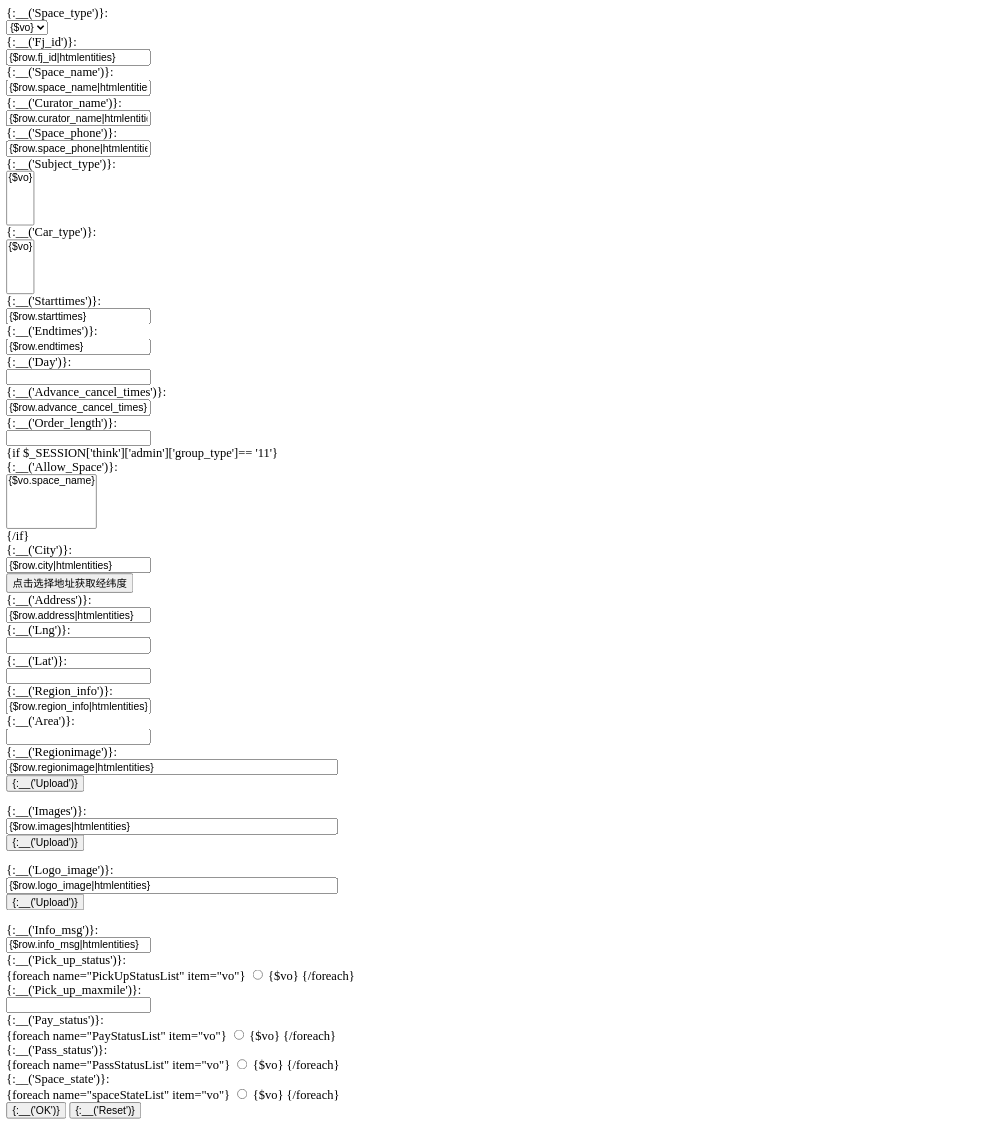
Repository: Akarin-Akari/xiaomaguantest
Page: application/admin/view/spaceconfig/space/edit.html
These files come from the project's save history. The page is drawn as it stood at one moment and after the next save; the edit follows.
The browser window is 1280 px wide. The pictures show the whole page, at 78% of full size.

Above is the page before, as saved 2024-01-25 17:07:33.

### application/admin/view/spaceconfig/space/edit.html
<form id="edit-form" class="form-horizontal" role="form" data-toggle="validator" method="POST" action="">

    <div class="form-group">
        <label class="control-label col-xs-12 col-sm-2">{:__('Space_type')}:</label>
        <div class="col-xs-12 col-sm-8">

            <select  id="c-space_type" class="form-control selectpicker" name="row[space_type]" data-rule="required">
                {foreach name="spaceTypeList" item="vo"}
                    <option value="{$key}" {in name="key" value="$row.space_type"}selected{/in}>{$vo}</option>
                {/foreach}
            </select>

        </div>
    </div>
    <div class="form-group">
        <label class="control-label col-xs-12 col-sm-2">{:__('Fj_id')}:</label>
        <div class="col-xs-12 col-sm-8">
            <input id="c-fj_id" class="form-control" name="row[fj_id]" type="text" value="{$row.fj_id|htmlentities}">
        </div>
    </div>
    <div class="form-group">
        <label class="control-label col-xs-12 col-sm-2">{:__('Space_name')}:</label>
        <div class="col-xs-12 col-sm-8">
            <input id="c-space_name" class="form-control" name="row[space_name]" type="text" value="{$row.space_name|htmlentities}">
        </div>
    </div>
    <div class="form-group">
        <label class="control-label col-xs-12 col-sm-2">{:__('Curator_name')}:</label>
        <div class="col-xs-12 col-sm-8">
            <input id="c-curator_name" class="form-control" name="row[curator_name]" type="text" value="{$row.curator_name|htmlentities}">
        </div>
    </div>

    <div class="form-group">
        <label class="control-label col-xs-12 col-sm-2">{:__('Space_phone')}:</label>
        <div class="col-xs-12 col-sm-8">
            <input id="c-space_phone" class="form-control" name="row[space_phone]" type="text" value="{$row.space_phone|htmlentities}">
        </div>
    </div>

    <div class="form-group">
        <label class="control-label col-xs-12 col-sm-2">{:__('Subject_type')}:</label>
        <div class="col-xs-12 col-sm-8">

            <select  id="c-subject_type" class="form-control selectpicker" multiple="" name="row[subject_type][]" data-rule="required">
                {foreach name="subjectTypeList" item="vo"}
                    <option value="{$key}" {in name="key" value="$row.subject_type"}selected{/in}>{$vo}</option>
                {/foreach}
            </select>

        </div>
    </div>
    <div class="form-group">
        <label class="control-label col-xs-12 col-sm-2">{:__('Car_type')}:</label>
        <div class="col-xs-12 col-sm-8">

            <select  id="c-car_type" class="form-control selectpicker" multiple="" name="row[car_type][]" data-rule="required">
                {foreach name="carTypeList" item="vo"}
                    <option value="{$key}" {in name="key" value="$row.car_type"}selected{/in}>{$vo}</option>
                {/foreach}
            </select>

        </div>
    </div>
    <div class="form-group">
        <label class="control-label col-xs-12 col-sm-2">{:__('Starttimes')}:</label>
        <div class="col-xs-12 col-sm-8">
            <input id="c-starttimes" class="form-control datetimepicker" data-date-format="HH:mm:ss" data-use-current="true" name="row[starttimes]" type="text" value="{$row.starttimes}">
        </div>
    </div>
    <div class="form-group">
        <label class="control-label col-xs-12 col-sm-2">{:__('Endtimes')}:</label>
        <div class="col-xs-12 col-sm-8">
            <input id="c-endtimes" class="form-control datetimepicker" data-date-format="HH:mm:ss" data-use-current="true" name="row[endtimes]" type="text" value="{$row.endtimes}">
        </div>
    </div>
    <div class="form-group">
        <label class="control-label col-xs-12 col-sm-2">{:__('Day')}:</label>
        <div class="col-xs-12 col-sm-8">
            <input id="c-day" class="form-control" name="row[day]" type="number" value="{$row.day|htmlentities}">
        </div>
    </div>
    <div class="form-group">
        <label class="control-label col-xs-12 col-sm-2">{:__('Advance_cancel_times')}:</label>
        <div class="col-xs-12 col-sm-8">
            <input id="c-advance_cancel_times" class="form-control datetimepicker" data-date-format="HH:mm:ss" data-use-current="true" name="row[advance_cancel_times]" type="text" value="{$row.advance_cancel_times}">
        </div>
    </div>
    <div class="form-group">
        <label class="control-label col-xs-12 col-sm-2">{:__('Order_length')}:</label>
        <div class="col-xs-12 col-sm-8">
            <input id="c-order_length" class="form-control" name="row[order_length]" type="number" value="{$row.order_length|htmlentities}">
        </div>
    </div>

    {if $_SESSION['think']['admin']['group_type']== '11'}
    <div class="form-group">
        <label class="control-label col-xs-12 col-sm-2">{:__('Allow_Space')}:</label>
        <div class="col-xs-12 col-sm-8">
            <select  id="c-allow_space" class="form-control selectpicker" multiple="" name="row[allow_space][]">
                {foreach name="spaceList" item="vo"}
                    <option value="{$vo.space_id}" {in name="vo.space_id" value="$row.allow_space"}selected{/in}>{$vo.space_name}</option>
                {/foreach}
            </select>
        </div>
    </div>
    {/if}

    <!-- <div class="form-group">
        <label class="control-label col-xs-12 col-sm-2">{:__('Times_limit_status')}:</label>
        <div class="col-xs-12 col-sm-8">

            <div class="radio">
            {foreach name="timesLimitStatusList" item="vo"}
            <label for="row[times_limit_status]-{$key}"><input id="row[times_limit_status]-{$key}" name="row[times_limit_status]" type="radio" value="{$key}" {in name="key" value="$row.times_limit_status"}checked{/in} /> {$vo}</label>
            {/foreach}
            </div>

        </div>
    </div>

    <div class="form-group">
        <label class="control-label col-xs-12 col-sm-2">{:__('Times_limit')}:</label>
        <div class="col-xs-12 col-sm-8">
            <input id="c-times_limit" class="form-control" name="row[times_limit]" type="number" value="{$row.times_limit|htmlentities}">
        </div>
    </div>
    <div class="form-group">
        <label class="control-label col-xs-12 col-sm-2">{:__('Times_limit_cooperation_status')}:</label>
        <div class="col-xs-12 col-sm-8">

            <div class="radio">
            {foreach name="timesLimitCooperationStatusList" item="vo"}
            <label for="row[times_limit_cooperation_status]-{$key}"><input id="row[times_limit_cooperation_status]-{$key}" name="row[times_limit_cooperation_status]" type="radio" value="{$key}" {in name="key" value="$row.times_limit_cooperation_status"}checked{/in} /> {$vo}</label>
            {/foreach}
            </div>

        </div>
    </div>
    <div class="form-group">
        <label class="control-label col-xs-12 col-sm-2">{:__('Times_limit_cooperation')}:</label>
        <div class="col-xs-12 col-sm-8">
            <input id="c-times_limit_cooperation" data-rule="required" class="form-control" name="row[times_limit_cooperation]" type="number" value="{$row.times_limit_cooperation|htmlentities}">
        </div>
    </div> -->
    <div class="form-group">
        <label class="control-label col-xs-12 col-sm-2">{:__('City')}:</label>
        <div class="col-xs-12 col-sm-8">
            <div class='control-relative'><input id="c-city" class="form-control" data-toggle="city-picker" name="row[city]" type="text" value="{$row.city|htmlentities}" ></div>
        </div>
    </div>

    <div class="form-group">
        <label class="control-label col-xs-12 col-sm-2" for=""></label>
        <div class="col-xs-12 col-sm-8">
            <button type="button" class="btn btn-primary" data-toggle='addresspicker' data-input-id="c-address" data-lng-id="c-lng" data-lat-id="c-lat">点击选择地址获取经纬度</button>
        </div>
    </div>
    <div class="form-group">
        <label class="control-label col-xs-12 col-sm-2">{:__('Address')}:</label>
        <div class="col-xs-12 col-sm-8">
            <input id="c-address" class="form-control" name="row[address]" type="text" value="{$row.address|htmlentities}">
        </div>
    </div>

    <div class="form-group">
        <label class="control-label col-xs-12 col-sm-2">{:__('Lng')}:</label>
        <div class="col-xs-12 col-sm-8">
            <input id="c-lng" class="form-control" step="0.00001" name="row[lng]" type="number" value="{$row.lng|htmlentities}" data-rule="required">
        </div>
    </div>
    <div class="form-group">
        <label class="control-label col-xs-12 col-sm-2">{:__('Lat')}:</label>
        <div class="col-xs-12 col-sm-8">
            <input id="c-lat" class="form-control" step="0.00001" name="row[lat]" type="number" value="{$row.lat|htmlentities}" data-rule="required">
        </div>
    </div>

    <div class="form-group">
        <label class="control-label col-xs-12 col-sm-2">{:__('Region_info')}:</label>
        <div class="col-xs-12 col-sm-8">
            <input id="c-region_info" class="form-control" name="row[region_info]" type="text" value="{$row.region_info|htmlentities}">
        </div>
    </div>
    <div class="form-group">
        <label class="control-label col-xs-12 col-sm-2">{:__('Area')}:</label>
        <div class="col-xs-12 col-sm-8">
            <input id="c-area" class="form-control" step="0.01" name="row[area]" type="number" value="{$row.area|htmlentities}">
        </div>
    </div>
    <div class="form-group">
        <label class="control-label col-xs-12 col-sm-2">{:__('Regionimage')}:</label>
        <div class="col-xs-12 col-sm-8">
            <div class="input-group">
                <input id="c-regionimage" class="form-control" size="50" name="row[regionimage]" type="text" value="{$row.regionimage|htmlentities}">
                <div class="input-group-addon no-border no-padding">
                    <span><button type="button" id="faupload-regionimage" class="btn btn-danger faupload" data-input-id="c-regionimage" data-mimetype="image/gif,image/jpeg,image/png,image/jpg,image/bmp" data-multiple="false" data-preview-id="p-regionimage"><i class="fa fa-upload"></i> {:__('Upload')}</button></span>
                    <!-- <span><button type="button" id="fachoose-regionimage" class="btn btn-primary fachoose" data-input-id="c-regionimage" data-mimetype="image/*" data-multiple="false"><i class="fa fa-list"></i> {:__('Choose')}</button></span> -->
                </div>
                <span class="msg-box n-right" for="c-regionimage"></span>
            </div>
            <ul class="row list-inline faupload-preview" id="p-regionimage"></ul>
        </div>
    </div>
    <div class="form-group">
        <label class="control-label col-xs-12 col-sm-2">{:__('Images')}:</label>
        <div class="col-xs-12 col-sm-8">
            <div class="input-group">
                <input id="c-images" class="form-control" size="50" name="row[images]" type="text" value="{$row.images|htmlentities}">
                <div class="input-group-addon no-border no-padding">
                    <span><button type="button" id="faupload-images" class="btn btn-danger faupload" data-input-id="c-images" data-mimetype="image/gif,image/jpeg,image/png,image/jpg,image/bmp" data-multiple="true" data-preview-id="p-images"><i class="fa fa-upload"></i> {:__('Upload')}</button></span>
                    <!-- <span><button type="button" id="fachoose-images" class="btn btn-primary fachoose" data-input-id="c-images" data-mimetype="image/*" data-multiple="true"><i class="fa fa-list"></i> {:__('Choose')}</button></span> -->
                </div>
                <span class="msg-box n-right" for="c-images"></span>
            </div>
            <ul class="row list-inline faupload-preview" id="p-images"></ul>
        </div>
    </div>

    <div class="form-group">
        <label class="control-label col-xs-12 col-sm-2">{:__('Logo_image')}:</label>
        <div class="col-xs-12 col-sm-8">
            <div class="input-group">
                <input id="c-logo_image" class="form-control" size="50" name="row[logo_image]" type="text" value="{$row.logo_image|htmlentities}">
                <div class="input-group-addon no-border no-padding">
                    <span><button type="button" id="faupload-logo_image" class="btn btn-danger faupload" data-input-id="c-logo_image" data-mimetype="image/gif,image/jpeg,image/png,image/jpg,image/bmp" data-multiple="true" data-preview-id="p-logo_image"><i class="fa fa-upload"></i> {:__('Upload')}</button></span>
                </div>
                <span class="msg-box n-right" for="c-logo_image"></span>
            </div>
            <ul class="row list-inline faupload-preview" id="p-logo_image"></ul>
        </div>
    </div>

    <div class="form-group">
        <label class="control-label col-xs-12 col-sm-2">{:__('Info_msg')}:</label>
        <div class="col-xs-12 col-sm-8">
            <input id="c-info_msg" class="form-control" data-toggle="info_msg-picker" name="row[info_msg]" type="text" value="{$row.info_msg|htmlentities}" >
        </div>
    </div>



    <div class="form-group">
        <label class="control-label col-xs-12 col-sm-2">{:__('Pick_up_status')}:</label>
        <div class="col-xs-12 col-sm-8">

            <div class="radio">
            {foreach name="PickUpStatusList" item="vo"}
            <label for="row[pick_up_status]-{$key}"><input id="row[pick_up_status]-{$key}" name="row[pick_up_status]" type="radio" value="{$key}" {in name="key" value="$row.pick_up_status"}checked{/in} /> {$vo}</label>
            {/foreach}
            </div>
        </div>
    </div>

    <div class="form-group">
        <label class="control-label col-xs-12 col-sm-2">{:__('Pick_up_maxmile')}:</label>
        <div class="col-xs-12 col-sm-8">
            <input id="c-pick_up_maxmile" class="form-control" step="0.1" name="row[pick_up_maxmile]" type="number" value="{$row.pick_up_maxmile|htmlentities}">
        </div>
    </div>

    <!-- {if in_array($_SESSION['think']['admin']['group_type'],[11])} -->
    <div class="form-group">
        <label class="control-label col-xs-12 col-sm-2">{:__('Pay_status')}:</label>
        <div class="col-xs-12 col-sm-8">
            <div class="radio">
            {foreach name="PayStatusList" item="vo"}
            <label for="row[pay_status]-{$key}"><input id="row[pay_status]-{$key}" name="row[pay_status]" type="radio" value="{$key}" {in name="key" value="$row.pay_status"}checked{/in} /> {$vo}</label>
            {/foreach}
            </div>
        </div>
    </div>
    <!-- {/if} -->

    <div class="form-group">
        <label class="control-label col-xs-12 col-sm-2">{:__('Pass_status')}:</label>
        <div class="col-xs-12 col-sm-8">

            <div class="radio">
            {foreach name="PassStatusList" item="vo"}
            <label for="row[pass_status]-{$key}"><input id="row[pass_status]-{$key}" name="row[pass_status]" type="radio" value="{$key}" {in name="key" value="$row.pass_status"}checked{/in} /> {$vo}</label>
            {/foreach}
            </div>
        </div>
    </div>
    <div class="form-group">
        <label class="control-label col-xs-12 col-sm-2">{:__('Space_state')}:</label>
        <div class="col-xs-12 col-sm-8">

            <div class="radio">
            {foreach name="spaceStateList" item="vo"}
            <label for="row[space_state]-{$key}"><input id="row[space_state]-{$key}" name="row[space_state]" type="radio" value="{$key}" {in name="key" value="$row.space_state"}checked{/in} /> {$vo}</label>
            {/foreach}
            </div>

        </div>
    </div>
    <div class="form-group layer-footer">
        <label class="control-label col-xs-12 col-sm-2"></label>
        <div class="col-xs-12 col-sm-8">
            <button type="submit" class="btn btn-success btn-embossed disabled">{:__('OK')}</button>
            <button type="reset" class="btn btn-default btn-embossed">{:__('Reset')}</button>
        </div>
    </div>
</form>

After the next save:
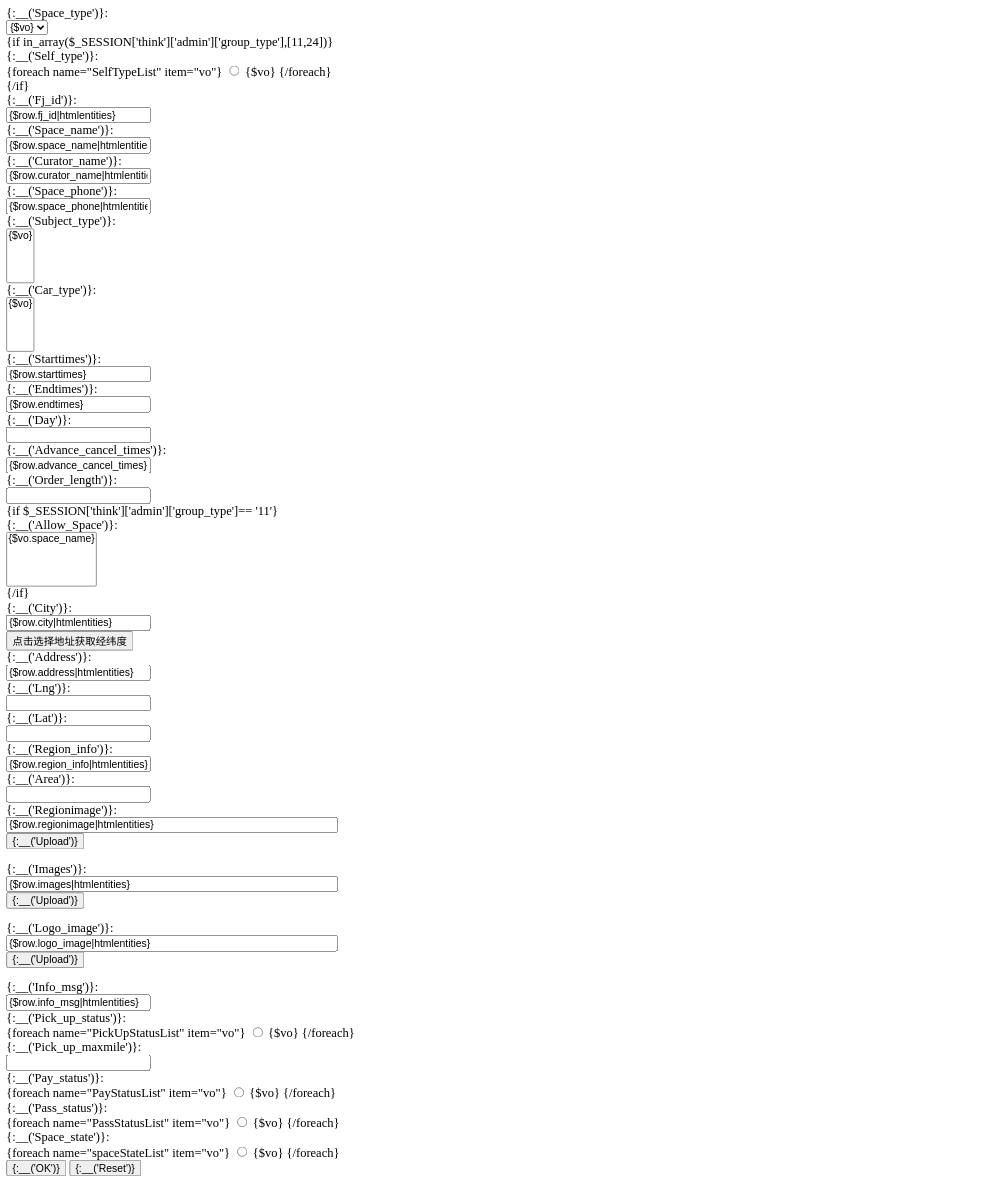
Saved 116 s later.
--- a/application/admin/view/spaceconfig/space/edit.html
+++ b/application/admin/view/spaceconfig/space/edit.html
@@ -12,6 +12,19 @@
 
         </div>
     </div>
+    {if in_array($_SESSION['think']['admin']['group_type'],[11,24])}
+    <div class="form-group">
+        <label class="control-label col-xs-12 col-sm-2">{:__('Self_type')}:</label>
+        <div class="col-xs-12 col-sm-8">
+            <div class="radio">
+            {foreach name="SelfTypeList" item="vo"}
+            <label for="row[self_type]-{$key}"><input id="row[self_type]-{$key}" name="row[self_type]" type="radio" value="{$key}" {in name="key" value="$row.self_type"}checked{/in} /> {$vo}</label>
+            {/foreach}
+            </div>
+        </div>
+    </div>
+    {/if}
+
     <div class="form-group">
         <label class="control-label col-xs-12 col-sm-2">{:__('Fj_id')}:</label>
         <div class="col-xs-12 col-sm-8">
